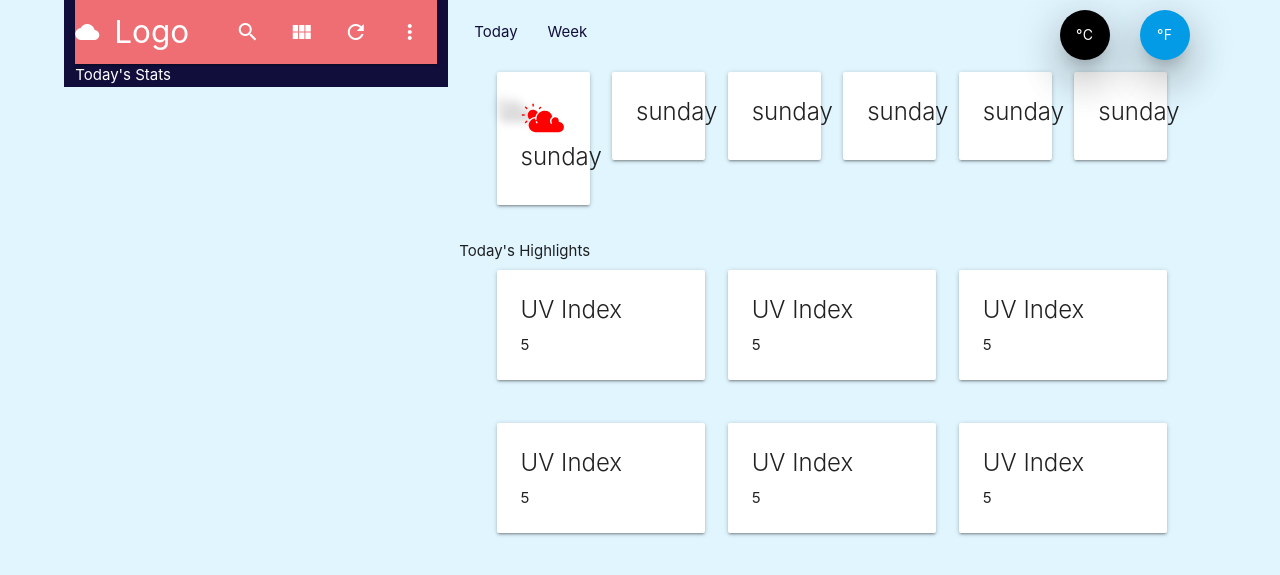
Repository: latenightsnacc/Static-Web-Projects
Page: weather-app/index.html
An editor plug-in stored every save of this project. The page is shown before and after the next save, followed by the edit.
The browser window is 1280 px wide. The pictures show the whole page.
The style sheet was rebuilt from its Sass, Less or Tailwind sources for each picture, by a compiler version that may differ from the author's.

Above is the page before, as saved 2020-07-14 12:03:13.

After the next save:
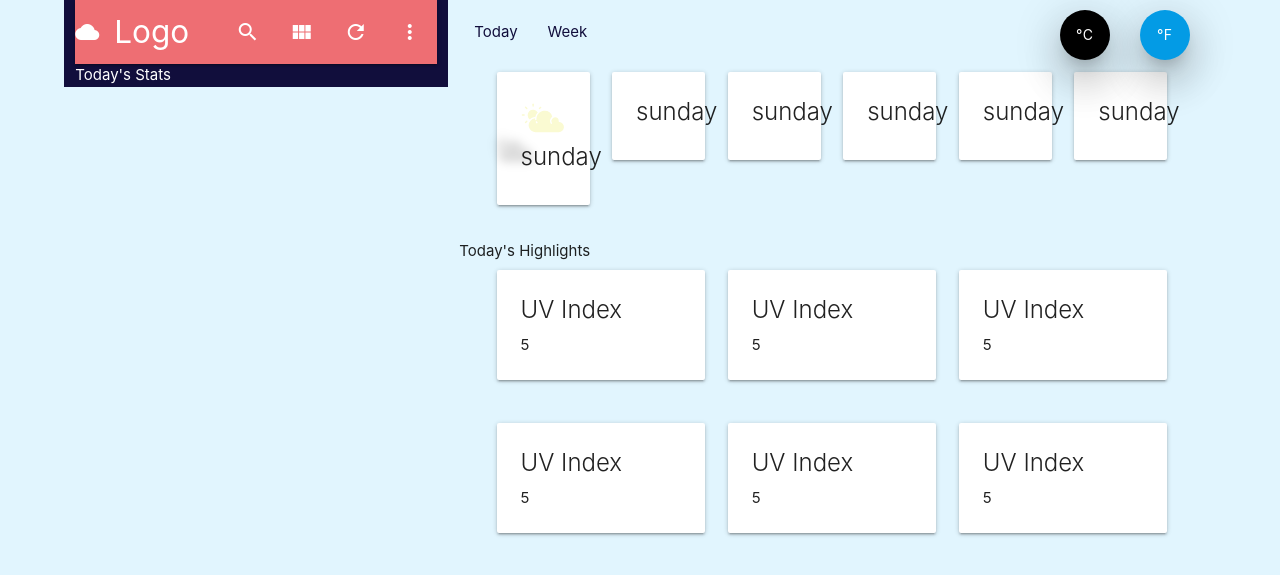
Saved 33 s later.
--- a/weather-app/styles/stylesheet.scss
+++ b/weather-app/styles/stylesheet.scss
@@ -23,9 +23,9 @@
     #Layer_1{
 
         background-color: transparent;
-        fill: red;
+        fill: lightgoldenrodyellow;
         // filter: drop-shadow(30px 10px 4px #0,0,0,0.2);
-        filter:  drop-shadow(-30px -10px 4px rgba(0,0,0,0.14)) ;
+        filter:  drop-shadow(-30px 30px 5px rgba(0,0,0,0.14)) ;
     }
 }
 .btn {
